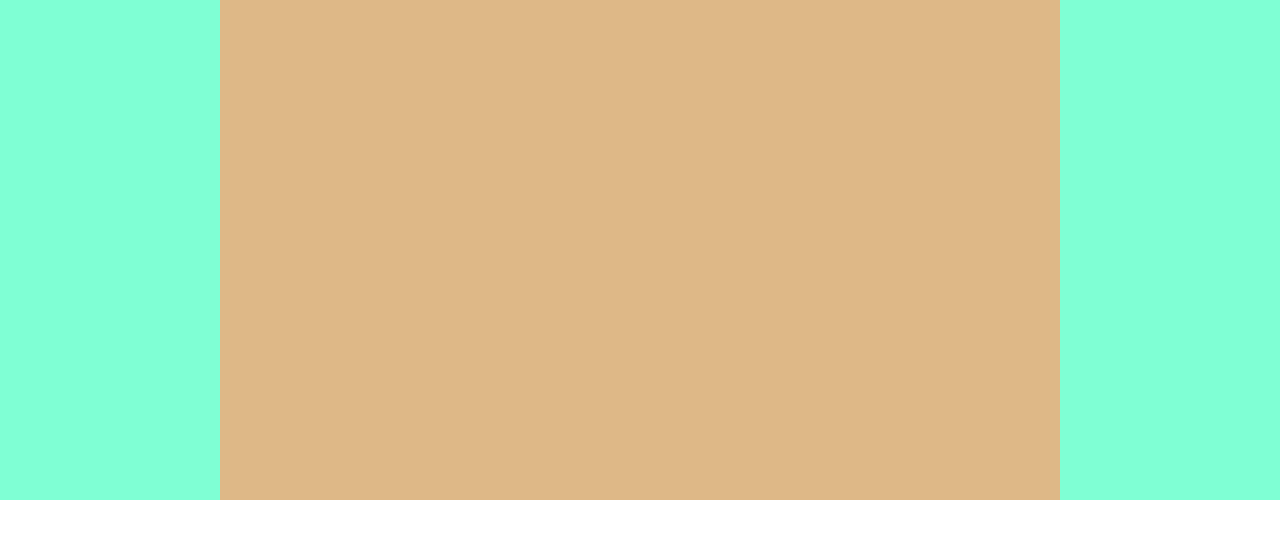
Repository: huangshaomo/study-notes
Page: webpack5/test.html
The author's editor kept a copy of each file at every save. The page is drawn from the files as they stood at one save, then again after the next save.
The browser window is 1280 px wide. The pictures show the whole page.

Above is the page before, as saved 2021-01-06 15:51:47.

After the next save:
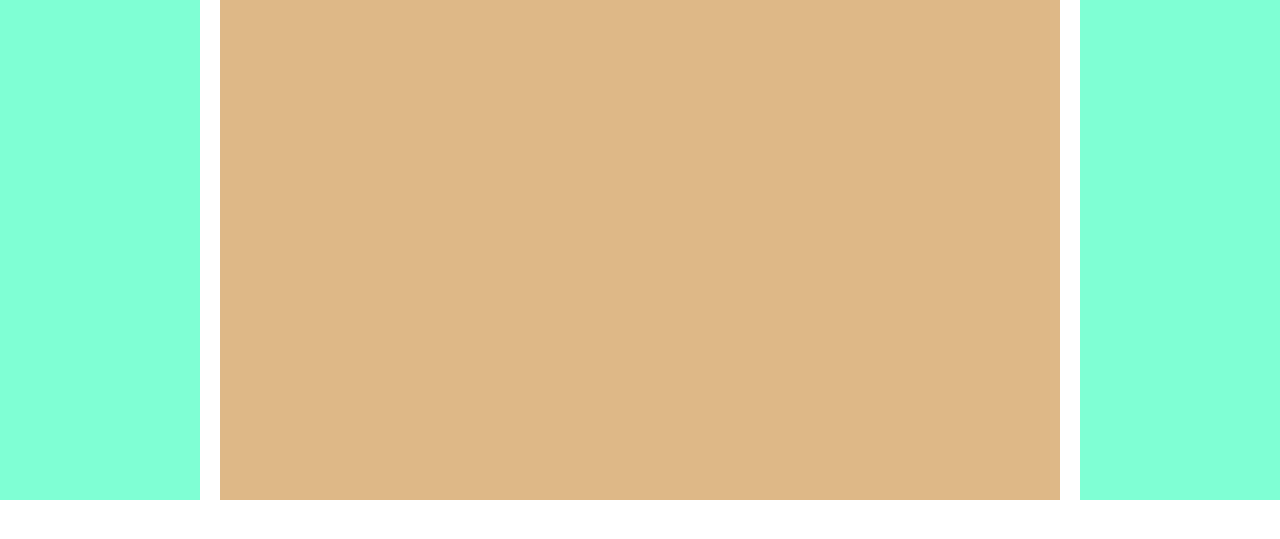
Saved 7 s later.
--- a/webpack5/test.html
+++ b/webpack5/test.html
@@ -7,8 +7,8 @@
     <style>
         *{margin: 0px; padding: 0px; line-height: 1;}
         /* .box{width: 1200px; border: 1px solid #333; height: 500px; margin: 0 auto;} */
-        .left{float: left; padding-right: 20px;}
-        .right{float: right; padding-left: 20px;}
+        .left{float: left; margin-right: 20px;}
+        .right{float: right; margin-left: 20px;}
         .slide{width: 200px; background-color: aquamarine; height: 500px;}
         .content{overflow: hidden; height: 500px; background-color: burlywood;}
     </style>
